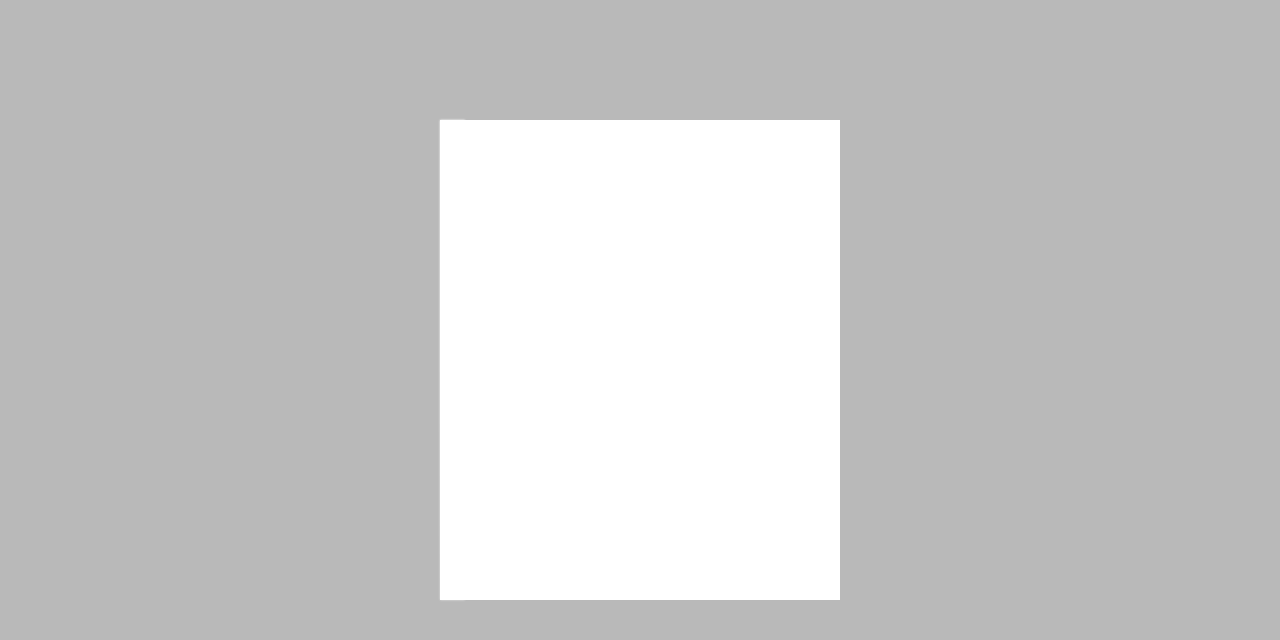
Repository: quoctrinh22/login
Page: index.html
The author's editor kept a copy of each file at every save. The page is drawn from the files as they stood at one save, then again after the next save.
The browser window is 1280 px wide. The pictures show the whole page.
The style sheet was rebuilt from its Sass, Less or Tailwind sources for each picture, by a compiler version that may differ from the author's.

Above is the page before, as saved 2024-10-30 14:14:38.

### index.html
<!DOCTYPE html>
<html lang="en">

<head>
    <meta charset="UTF-8">
    <meta name="viewport" content="width=device-width, initial-scale=1.0">
    <link rel="stylesheet" href="style.css">
    <title>Document</title>
</head>

<body>
    <div class="container">
        <div class="box">
            <div class="shadow"></div>
            <div class="conten"></div>
        </div>
    </div>
</body>

</html>

### style.scss
@import url("https://fonts.googleapis.com/css2?family=Pixelify+Sans:wght@400..700&display=swap");

* {
  margin: 0;
  padding: 0;
  box-sizing: border-box;
  font-family: "Pixelify Sans", serif;
}
body {
  min-height: 100vh;
  display: flex;
  justify-content: center;
  align-items: center;
  overflow: hidden;
  background-color: #b9b9b9;
  .container {
    display: flex;
    justify-content: center;
    align-items: center;
    .box {
      position: relative;
      width: 400px;
      height: 480px;
      display: flex;
      justify-content: center;
      align-items: center;
      background-color: #fff;
      &::before,
      &::after {
        content: "";
        position: absolute;
        width: 25px;
        height: 100%;
        filter: blur(1px);
        z-index: -1;
      }
      &::before {
        top: 0;
        left: 0;
        background: linear-gradient(#fff, #fff, #e3e3e3);
      }
    }
  }
}

After the next save:
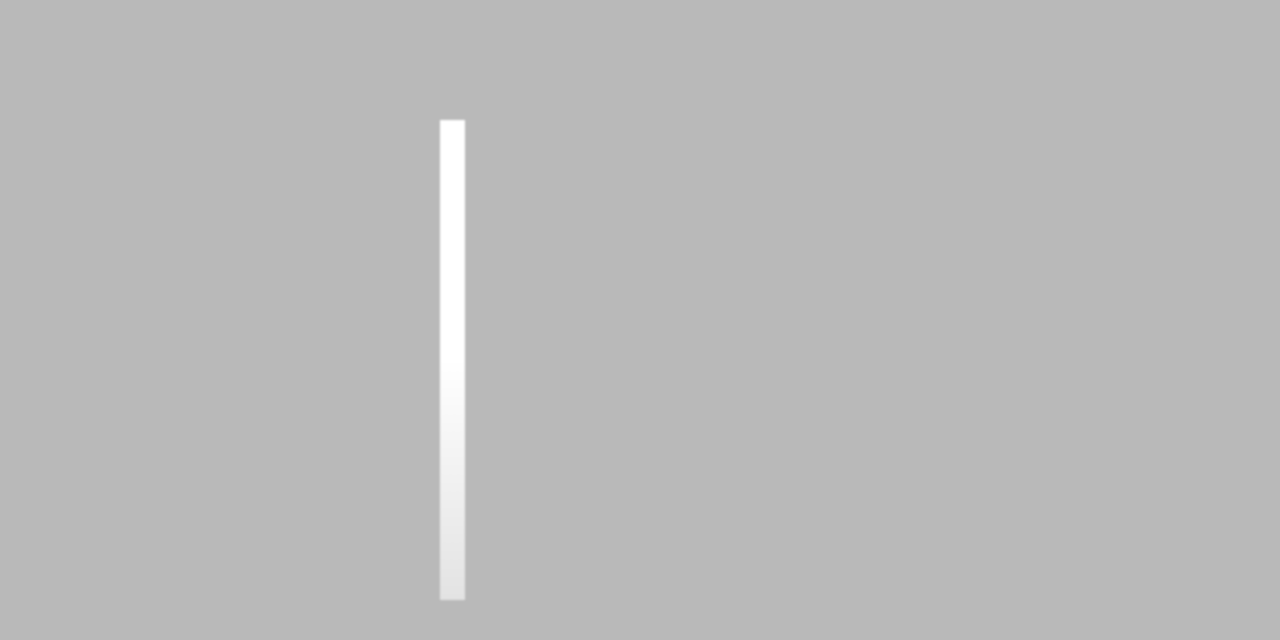
Saved 5 s later.
--- a/style.scss
+++ b/style.scss
@@ -24,7 +24,7 @@ body {
       display: flex;
       justify-content: center;
       align-items: center;
-      background-color: #fff;
+      //   background-color: #fff;
       &::before,
       &::after {
         content: "";
